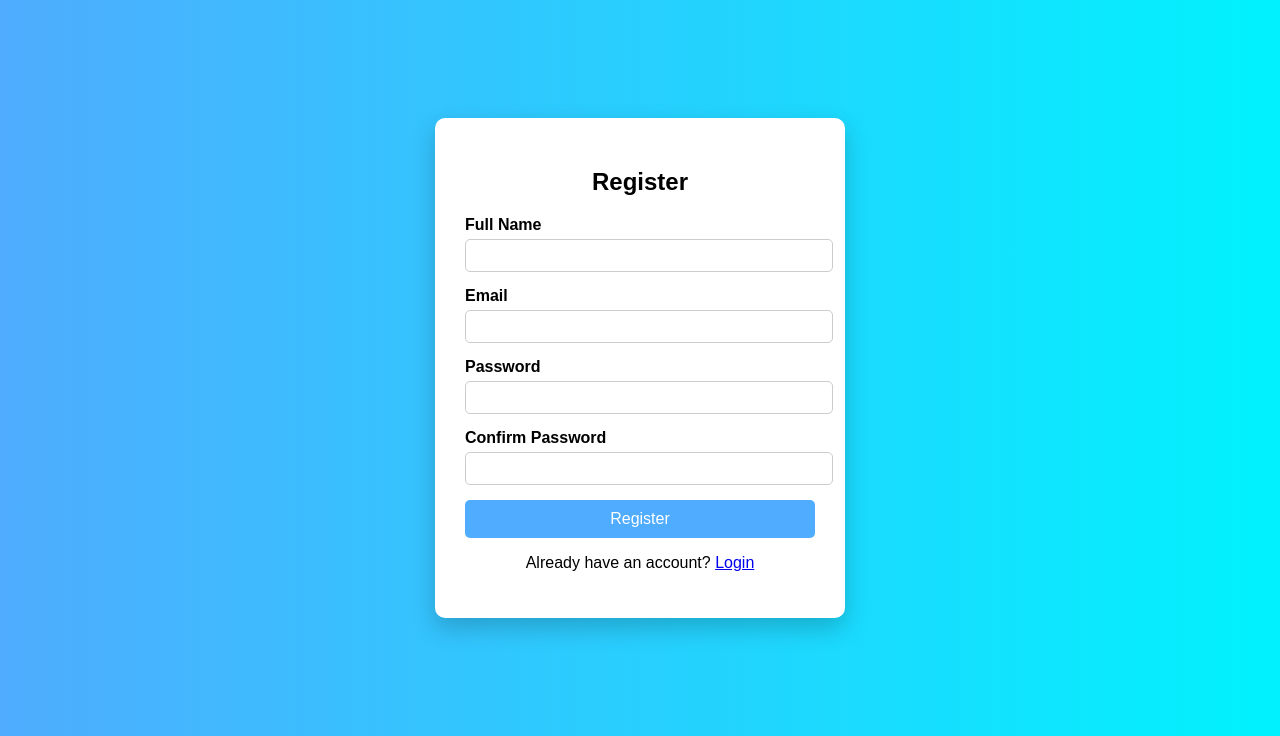
Repository: Ramjangori/Spring_Boot
Page: http://localhost/PatientsManagementProject/views/Register.jsp
An editor plug-in stored every save of this project. The page is shown before and after the next save, followed by the edit.
The browser window is 1280 px wide. The pictures show the whole page.
The page is served by Tomcat 9.

Above is the page before, as saved 2026-05-04 13:51:42.

After the next save:
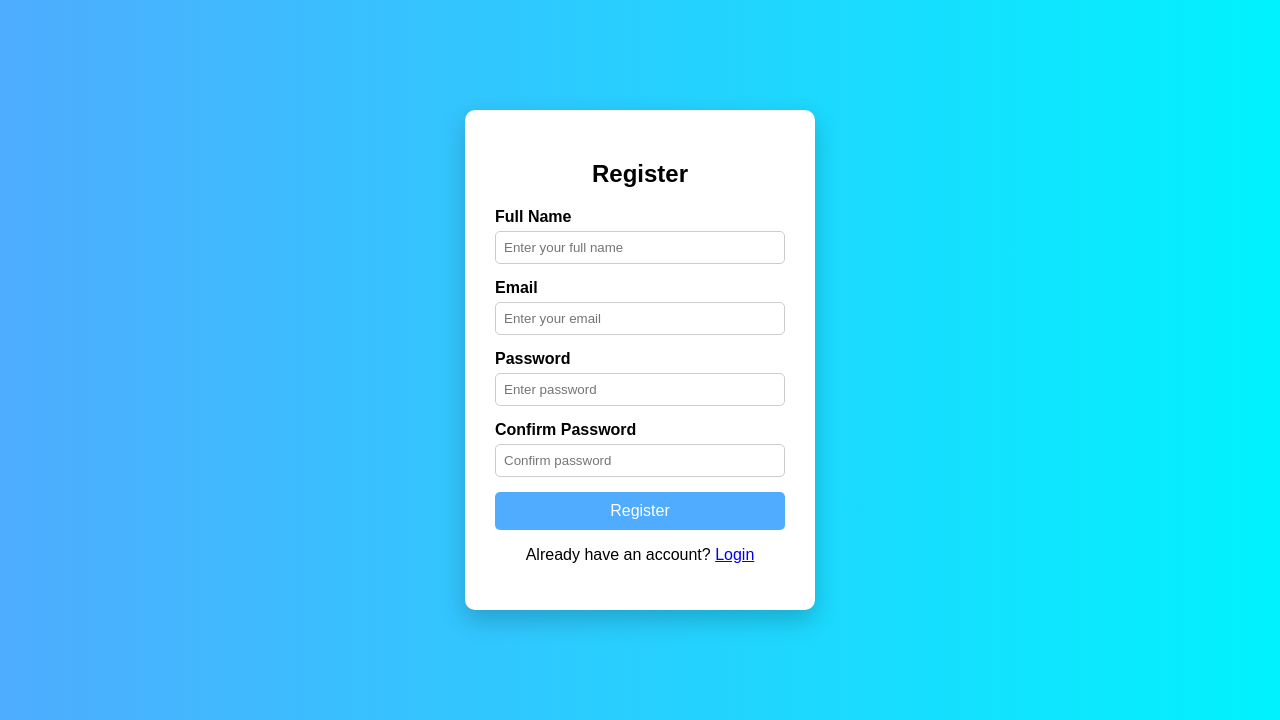
Saved 4 min 37 s later.
--- a/PatientsManagementProject/src/main/webapp/views/Register.jsp
+++ b/PatientsManagementProject/src/main/webapp/views/Register.jsp
@@ -7,13 +7,18 @@
 <title>Register Page</title>
 
 <style>
+    * {
+        box-sizing: border-box;
+    }
+
     body {
         font-family: Arial, sans-serif;
         background: linear-gradient(to right, #4facfe, #00f2fe);
         display: flex;
         justify-content: center;
         align-items: center;
-        height: 100vh;
+        min-height: 100vh;
+        margin: 0;
     }
 
     .container {
@@ -65,36 +70,67 @@
         text-align: center;
         margin-top: 10px;
     }
+
+    .msg {
+        padding: 10px;
+        border-radius: 5px;
+        margin-bottom: 15px;
+        text-align: center;
+        font-size: 14px;
+    }
+
+    .success {
+        background-color: #d4edda;
+        color: #155724;
+        border: 1px solid #c3e6cb;
+    }
+
+    .error {
+        background-color: #f8d7da;
+        color: #721c24;
+        border: 1px solid #f5c6cb;
+    }
 </style>
 
 </head>
 <body>
-	<!-- ✅ Message Section (Added) --> <% String success = (String) request.getAttribute("success"); String error = (String) request.getAttribute("error"); if(success != null){ %> <p class="msg success"><%= success %></p> <% } if(error != null){ %> <p class="msg error"><%= error %></p> <% } %>
 
 <div class="container">
     <h2>Register</h2>
 
+    <%
+        String success = (String) request.getAttribute("success");
+        String error   = (String) request.getAttribute("error");
+    %>
 
-    <form action="userSubmit" method="post">
+    <% if (success != null) { %>
+        <p class="msg success"><%= success %></p>
+    <% } %>
+
+    <% if (error != null) { %>
+        <p class="msg error"><%= error %></p>
+    <% } %>
+
+    <form action="RegisterServlet" method="post">
 
         <div class="form-group">
             <label>Full Name</label>
-            <input type="text" name="name" required>
+            <input type="text" name="name" placeholder="Enter your full name" required>
         </div>
 
         <div class="form-group">
             <label>Email</label>
-            <input type="email" name="email" required>
+            <input type="email" name="email" placeholder="Enter your email" required>
         </div>
 
         <div class="form-group">
             <label>Password</label>
-            <input type="password" name="password" required>
+            <input type="password" name="password" placeholder="Enter password" required>
         </div>
 
         <div class="form-group">
             <label>Confirm Password</label>
-            <input type="password" name="confirmPassword" required>
+            <input type="password" name="confirmPassword" placeholder="Confirm password" required>
         </div>
 
         <button type="submit">Register</button>
